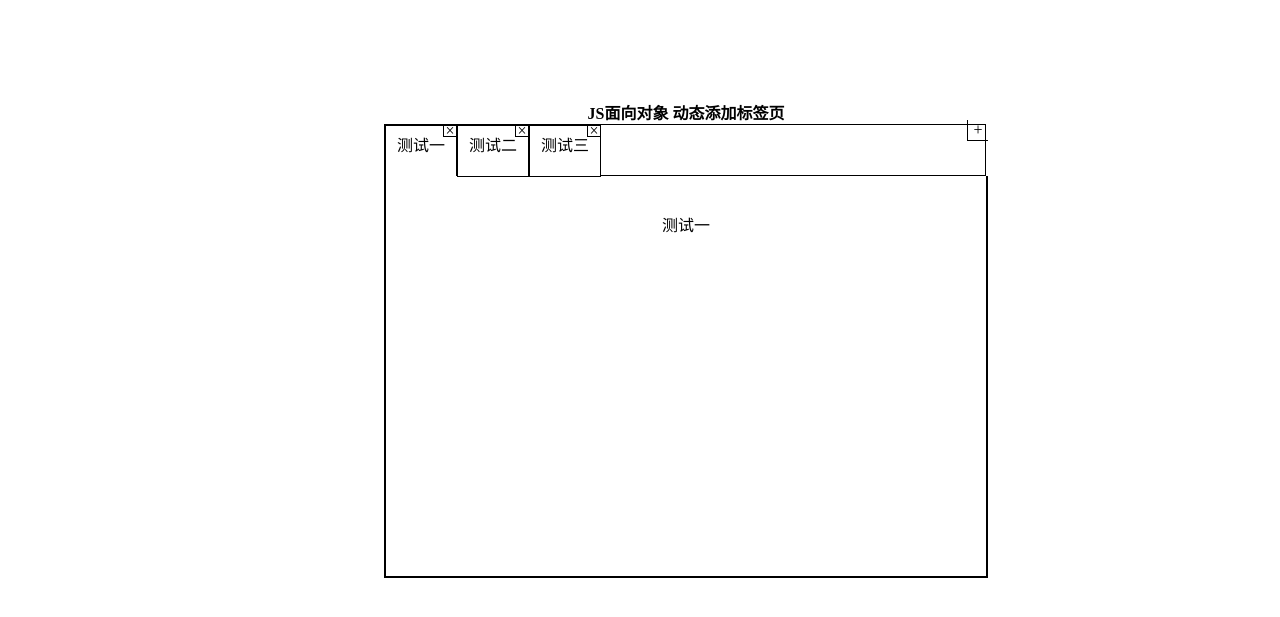
Repository: ldqml/project
Page: jsgaoji/tabqiehuan.html
An editor plug-in stored every save of this project. The page is shown before and after the next save, followed by the edit.
The browser window is 1280 px wide. The pictures show the whole page.

Above is the page before, as saved 2022-07-15 01:11:56.

### jsgaoji/tabqiehuan.html
<!DOCTYPE html>
<html lang="en">
<head>
    <meta charset="UTF-8">
    <meta http-equiv="X-UA-Compatible" content="IE=edge">
    <meta name="viewport" content="width=device-width, initial-scale=1.0">
    <title>Document</title>
    <style type="text/css">
        *{
            margin: 0;
            padding: 0;

        }
        main{
            position:absolute;
            top:100px;
            left: 30%;
        }
        .navb{
            width: 600px;
            height: 50px;
            border: 1px solid;
        }
        ul{
            list-style-type: none;
            padding:0;
            margin: 0;
            overflow: hidden;
        }
        li{
            position:relative;
            width: 70px;
            height: 50.1px;
            text-align: center;
            line-height: 40px;
            border: 1px solid;
            float:left;
            background-color:white;
        }
        h4{
            text-align: center;
        }
        .jia{
            position:absolute;
            width: 20px;
            height: 20px;
            top: 20px;
            right: 0px;
            text-align: center;
            line-height: 20px;
            border-left: 1px solid;
            border-bottom: 1px solid;
        }
        .iconfont{
            position: absolute;
            top: 0px;
            right: 0px;
            width: 12px;
            height: 10px;
            text-align: center;
            line-height: 9px;
            border-left: 1px solid;
            border-bottom: 1px solid;
        }
        .neir{
            width: 600px;
            height: 400px;
            text-align: center;
            line-height: 100px;
            border-left: 2px solid;
            border-bottom: 2px solid;
            border-right: 2px solid;
        }
        section{
            width: 600px;
            height: 100px;
            float: left;
            display: none;
        }
        .conactive{
            display: block;
        }
        .liactive{
            border-bottom: none;
        }
    </style>
</head>
<body>
    <main>
        <h4>JS面向对象 动态添加标签页</h4>
        <div class="tab-a" id="tab">
            <nav class="navb">
                <ul class="navs">
                    <li class="liactive"><span>测试一</span><span class="iconfont icon-guanbi">×</span></li>
                    <li><span>测试二</span><span class="iconfont icon-guanbi">×</span></li>
                    <li><span>测试三</span><span class="iconfont icon-guanbi">×</span></li>
                </ul>
                <div class="jia">
                    <span>+</span>
                </div>
            </nav>
            <div class="neir">
                <section class="conactive">测试一</section>
                <section>测试二</section>
                <section>测试三</section>
            </div>
        </div>
    </main>
    <script src="./js/tabqiehuan.js"></script>
</body>
</html>

### jsgaoji/js/tabqiehuan.js
var that;
class Tab{
    constructor(id){
        that=this;
        this.main=document.querySelector(id);
        this.lis=this.main.querySelectorAll('li');
        this.sections=this.main.querySelectorAll('section');
        this.init();
    }
    init(){
        for(var i=0;i<this.lis.length;i++){
            this.lis[i].index=i
            this.lis[i].onclick=this.togotab;
        }
    }

    togotab(){
        that.cleartab();
        this.className='liactive';
        that.sections[this.index].className='conactive';

    }
    cleartab(){
        for(var i=0;i<this.lis.length;i++){
            this.lis[i].className='';
            this.sections[i].className='';
        }
    }
    addtab(){
    }
    removetab(){
    }
    edittab(){
    }
}
new Tab('#tab');

After the next save:
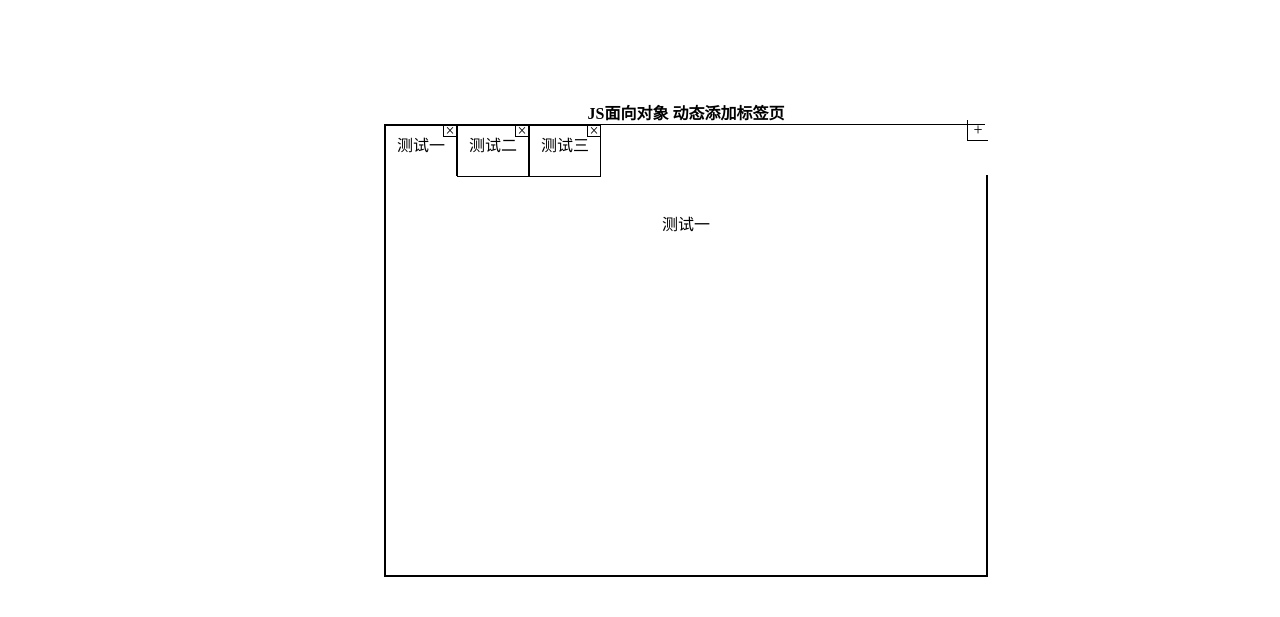
Saved 102 s later.
--- a/jsgaoji/tabqiehuan.html
+++ b/jsgaoji/tabqiehuan.html
@@ -19,7 +19,8 @@
         .navb{
             width: 600px;
             height: 50px;
-            border: 1px solid;
+            border-top: 1px solid;
+            border-left: 1px solid;
         }
         ul{
             list-style-type: none;

After the save that followed:
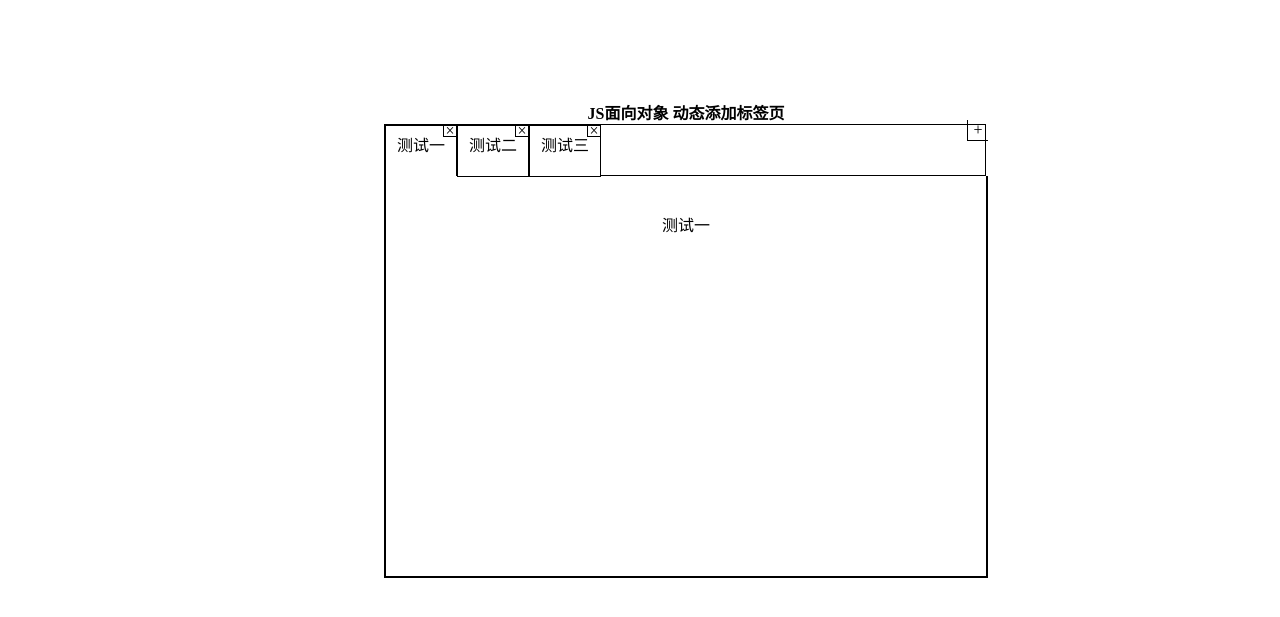
Saved 31 s later.
--- a/jsgaoji/tabqiehuan.html
+++ b/jsgaoji/tabqiehuan.html
@@ -19,8 +19,7 @@
         .navb{
             width: 600px;
             height: 50px;
-            border-top: 1px solid;
-            border-left: 1px solid;
+            border: 1px solid;
         }
         ul{
             list-style-type: none;
